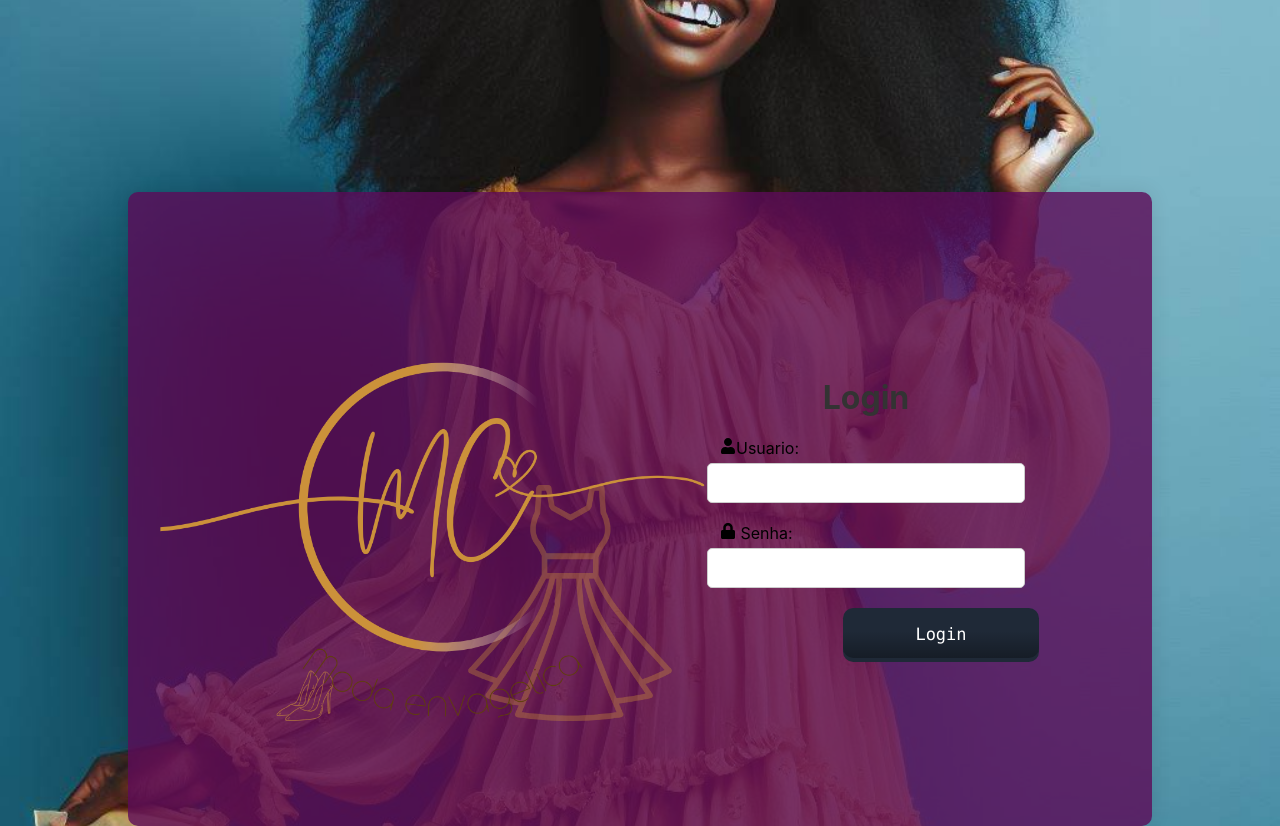
Repository: Mixchelle/ecommerce-moda-evangelica
Page: /login-admin
An editor plug-in stored every save of this project. The page is shown before and after a run of saves, followed by the edit.
The browser window is 1280 px wide. The pictures show the whole page.
The project was rebuilt for these pictures with package versions that can differ from the ones it lists, and the page was loaded fresh each time. Also part of the build but not shown: src/components/Header.js, src/components/CategoriesFilter.js, src/pages/Home.js, src/pages/Login.js, src/pages/Admin.js, src/pages/Cart.js.

Above is the page before, as saved 2024-04-29 22:15:14.

### src/App.js
import React from 'react';
import { BrowserRouter as Router, Routes, Route } from 'react-router-dom';
import './App.css';
import Home from './pages/Home';
import Login from './pages/Login';
import LoginAdmin from './pages/LoginAdmin';
import Admin from './pages/Admin';
import Cart from './pages/Cart';

function App() {
  return (
    <Router>
      <div className="App">
        <Routes>
          <Route exact path="/" element={<Home />} />
          <Route path="/login" element={<Login />} />
          <Route path="/login-admin" element={<LoginAdmin />} />
          <Route path="/admin" element={<Admin />} />
          <Route path="/cart" element={<Cart />} />
        </Routes>
      </div>
    </Router>
  );
}

export default App;

### src/pages/LoginAdmin.jsx
import React, { useState } from 'react';
import { FaUser, FaLock } from 'react-icons/fa';
import '../style/Login.css';
import logo from '../assets/logo-sem-fundo.png';

const LoginAdmin = () => {

    const [username, setUsername] = useState('');
    const [password, setPassword] = useState('');
    // Usando o hook useWebSocket para receber dados do WebSocket

    const handleSubmit = async (e) => {
      e.preventDefault();
      try {

      } catch (error) {

      }
    };


    return (
      <div className="login-container">
        <div className="image-container">
          <img src={logo} alt="Logo da Empresa" />
        </div>
        <div className="form-container">
          <h1>Login</h1>
          <form onSubmit={handleSubmit}>
            <div className="form-group">
              <label htmlFor="username">
                <FaUser />
                Usuario:
              </label>
              <input
                type="text"
                id="username"
                name="username"
                value={username}
                onChange={(e) => setUsername(e.target.value)}
              />
            </div>
            <div className="form-group">
              <label htmlFor="password">
                <FaLock /> Senha:
              </label>
              <input
                type="password"
                id="password"
                name="password"
                value={password}
                onChange={(e) => setPassword(e.target.value)}
              />
            </div>
            <button type="submit">
              <span className="transition"></span>
              <span className="gradient"></span>
              <span className="label">Login</span>
            </button>
          </form>
        </div>
      </div>
    );
  };

  export default LoginAdmin;

### src/style/Login.css
body {
  background-image: url('../assets/OIG2.3KeraQGUKquJ4o.jpeg');
  background-size: cover;
  background-repeat: no-repeat;
  background-position: center;
  height: 78vh;
  margin: 0;
  padding: 0;
}

.login-container {
  margin-top: 15%;
  margin-bottom: auto;
  margin-left: auto;
  margin-right: auto;
  display: flex;
  width: 80%;
  justify-content: center;
  align-items: center;
  background-color: rgba(92, 10, 88, 0.8);
  border-radius: 10px;
  box-shadow: 0 0 20px rgba(0, 0, 0, 0.1);
}

.image-container {
  flex: 1;
}

.image-container img {
  max-width: 120%;
  flex: 1;
  padding: 20px;
}

.form-container {
  flex: 1;

  margin-right: 40px;
}

.form-container h1 {
  color: #333;
  text-align: center;
}

.form-group {
  margin-bottom: 20px;
  text-align: center;
}

.form-group label {
  display: block;
  margin-bottom: 5px;
  text-align: left;
  margin-left: 100px;
}

.form-group input {
  width: 60%;
  padding: 10px;
  font-size: 16px;
  border: 1px solid #ccc;
  border-radius: 5px;
  outline: none;
}

button {
  width: 40%;
  padding: 10px;
  font-size: 18px;
  color: #fff;
  background-color: #007bff; /* Azul moderno */
  border: none;
  border-radius: 5px;
  cursor: pointer;
  outline: none;
  transition: background-color 0.3s ease;
  margin-left: 150px;
}

button:hover {
  background-color: #0056b3; /* Azul mais escuro ao passar o mouse */
}

button {
  font-family: ui-monospace, SFMono-Regular, Menlo, Monaco, Consolas,
    'Liberation Mono', 'Courier New', monospace;
  font-size: 17px;
  padding: 1em 2.7em;
  font-weight: 500;
  background: #1f2937;
  color: white;
  border: none;
  position: relative;
  overflow: hidden;
  border-radius: 0.6em;
  cursor: pointer;
  text-align: center;
}

.gradient {
  position: absolute;
  width: 100%;
  height: 100%;
  left: 0;
  top: 0;
  border-radius: 0.6em;
  margin-top: -0.25em;
  background-image: linear-gradient(
    rgba(0, 0, 0, 0),
    rgba(0, 0, 0, 0),
    rgba(0, 0, 0, 0.3)
  );
}

.label {
  position: relative;
  top: -1px;
}

.transition {
  transition-timing-function: cubic-bezier(0, 0, 0.2, 1);
  transition-duration: 500ms;
  background-color: rgba(16, 185, 129, 0.6);
  border-radius: 9999px;
  width: 0;
  height: 0;
  position: absolute;
  left: 50%;
  top: 50%;
  transform: translate(-50%, -50%);
}

button:hover .transition {
  width: 14em;
  height: 14em;
}

button:active {
  transform: scale(0.97);
}

Loaded but not shown: public/index.html (common file); src/index.js (common file); src/index.css (common file); src/reportWebVitals.js (common file); src/App.css (common file)

After the next 2 saves:
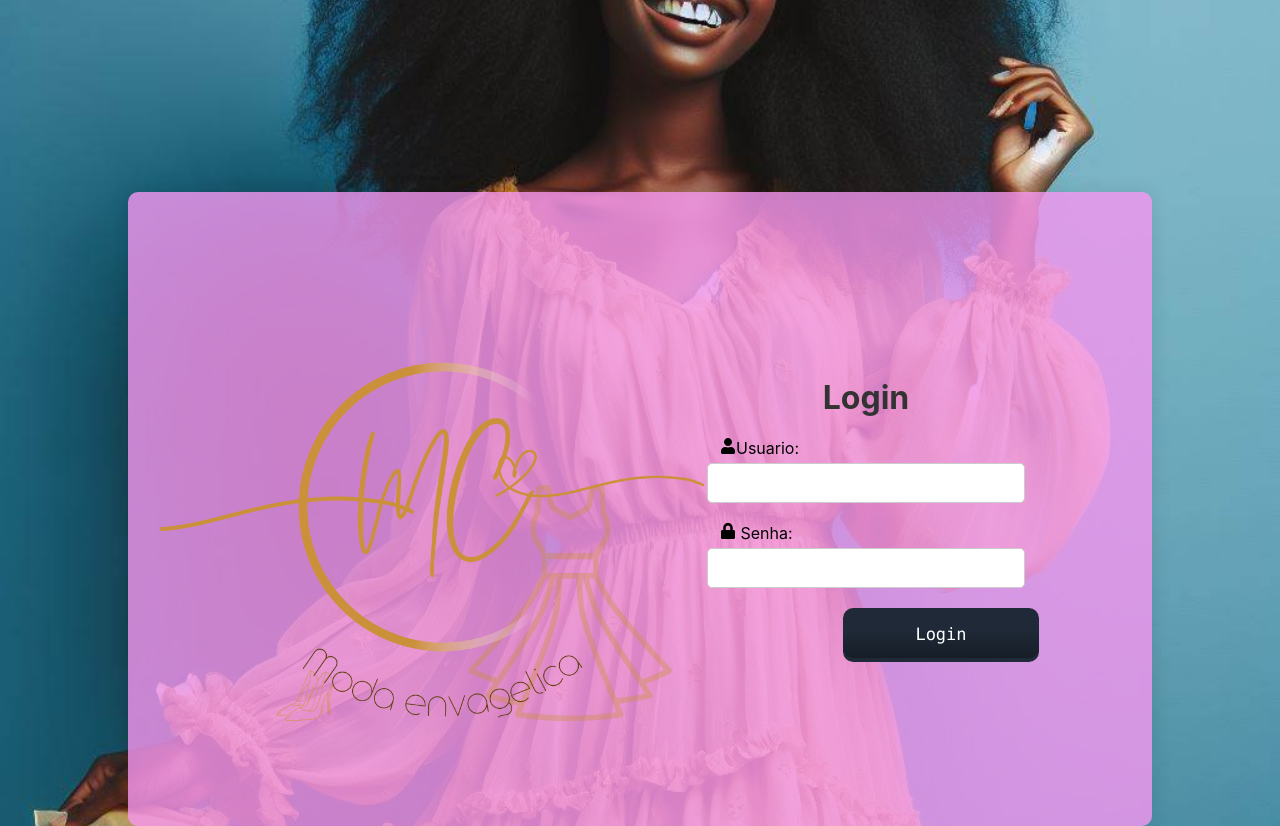
The 2 saves are shown as one change because they came seconds apart.
The last was saved 9 s later.
--- a/src/style/Login.css
+++ b/src/style/Login.css
@@ -17,7 +17,7 @@
   width: 80%;
   justify-content: center;
   align-items: center;
-  background-color: rgba(92, 10, 88, 0.8);
+  background-color: rgba(245, 150, 240, 0.8);
   border-radius: 10px;
   box-shadow: 0 0 20px rgba(0, 0, 0, 0.1);
 }
